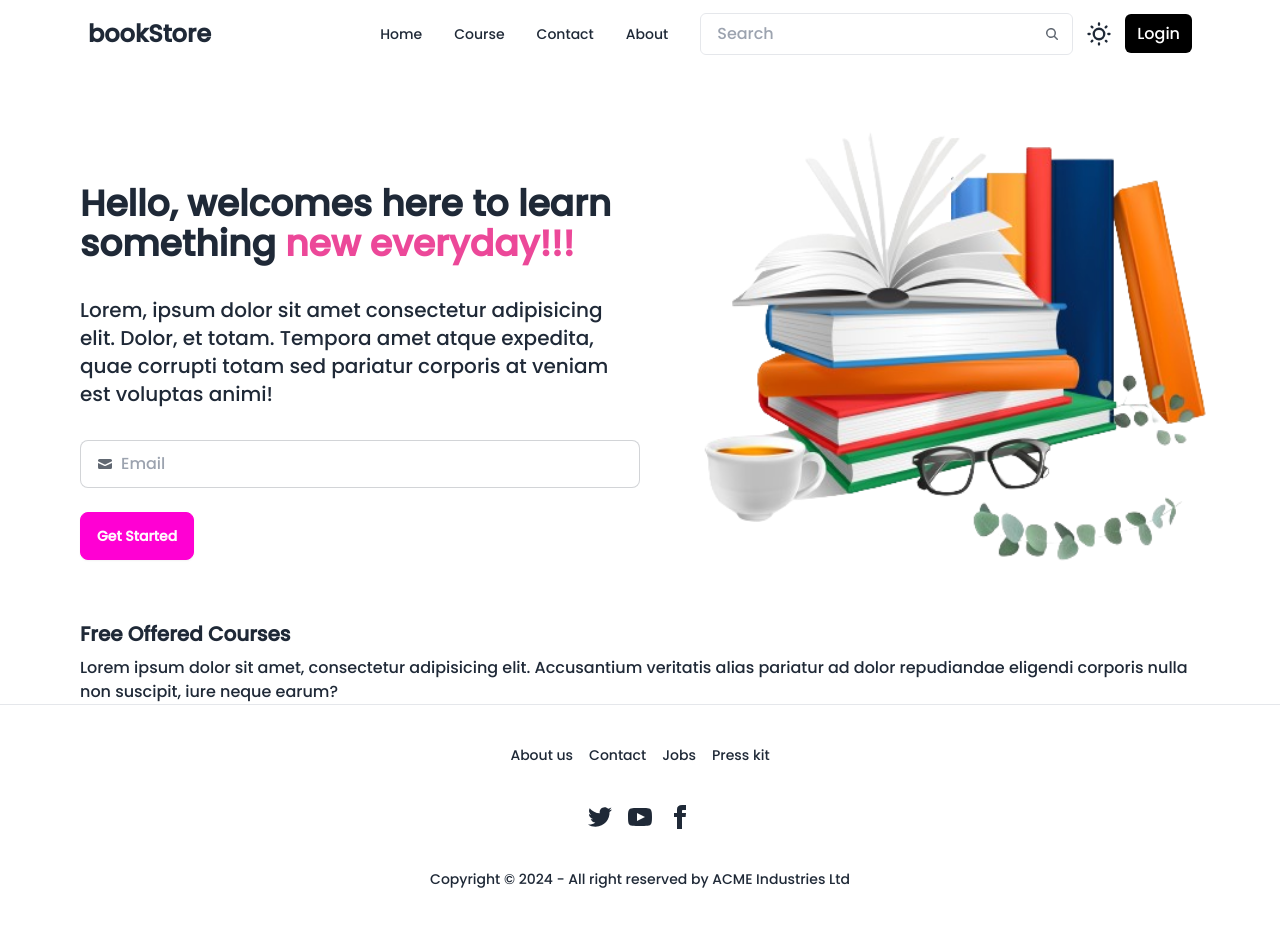
Repository: vigneshmudgonda/Book-store
Page: / (app in Frontend/)
The author's editor kept a copy of each file at every save. The page is drawn from the files as they stood at one save, then again after the next save.
The browser window is 1280 px wide. The pictures show the whole page.
The page's requests for data from a server got no answer. The project was rebuilt for these pictures with package versions that can differ from the ones it lists, and the page was loaded fresh each time. No one was signed in, and anything a server would have sent is missing. Also part of the build but not shown: Frontend/vite.config.js, Frontend/src/components/Logout.jsx, Frontend/src/components/Cards.jsx, Frontend/src/components/Course.jsx, Frontend/src/courses/Courses.jsx, Frontend/src/components/Signup.jsx.

Above is the page before, as saved 2026-06-21 16:56:53.

After the next save:
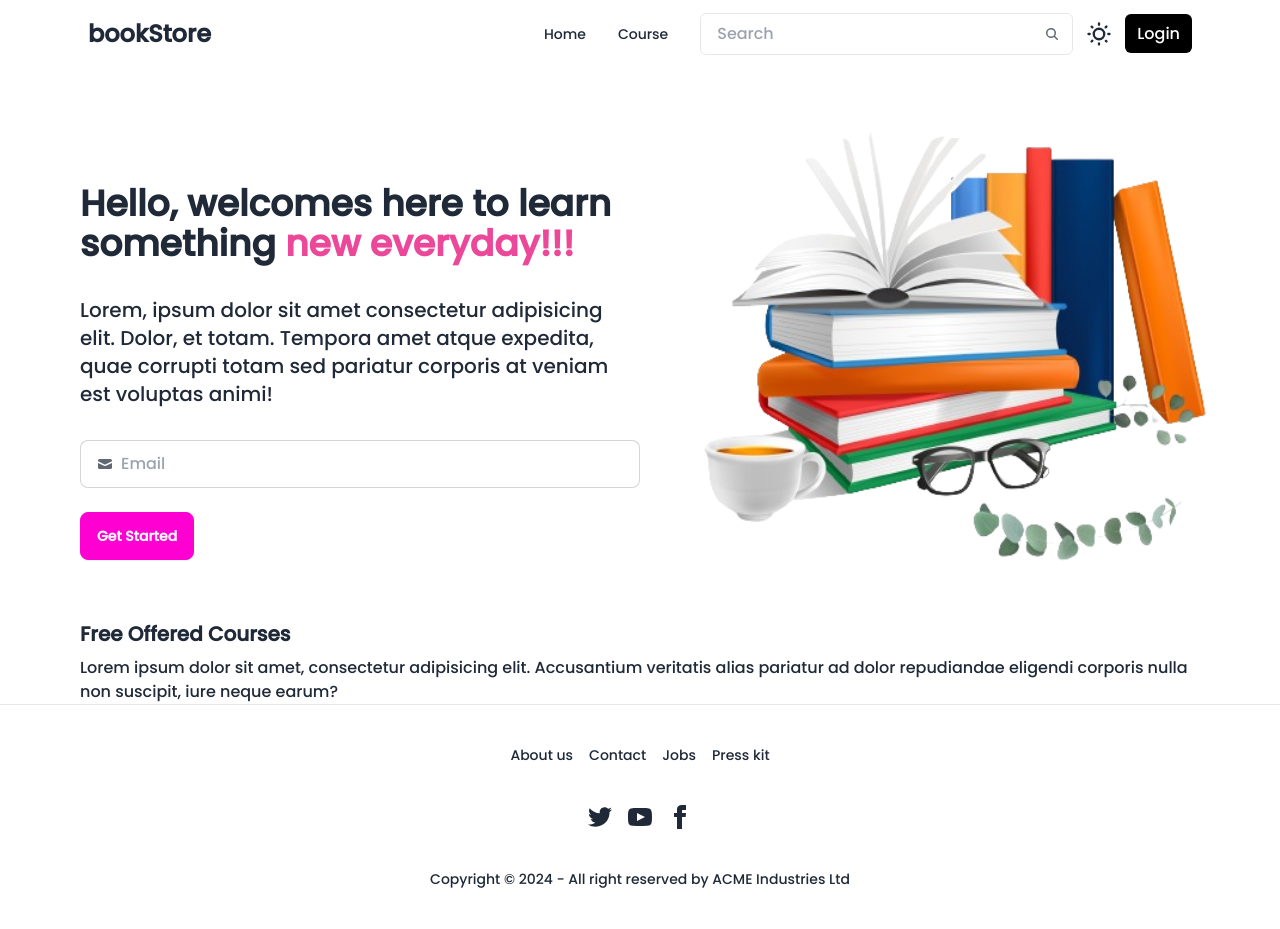
Saved 13 min 38 s later.
--- a/Frontend/src/components/Navbar.jsx
+++ b/Frontend/src/components/Navbar.jsx
@@ -44,12 +44,7 @@ function Navbar() {
       <li>
         <a href="/course">Course</a>
       </li>
-      <li>
-        <a>Contact</a>
-      </li>
-      <li>
-        <a>About</a>
-      </li>
+
     </>
   );
   return (
